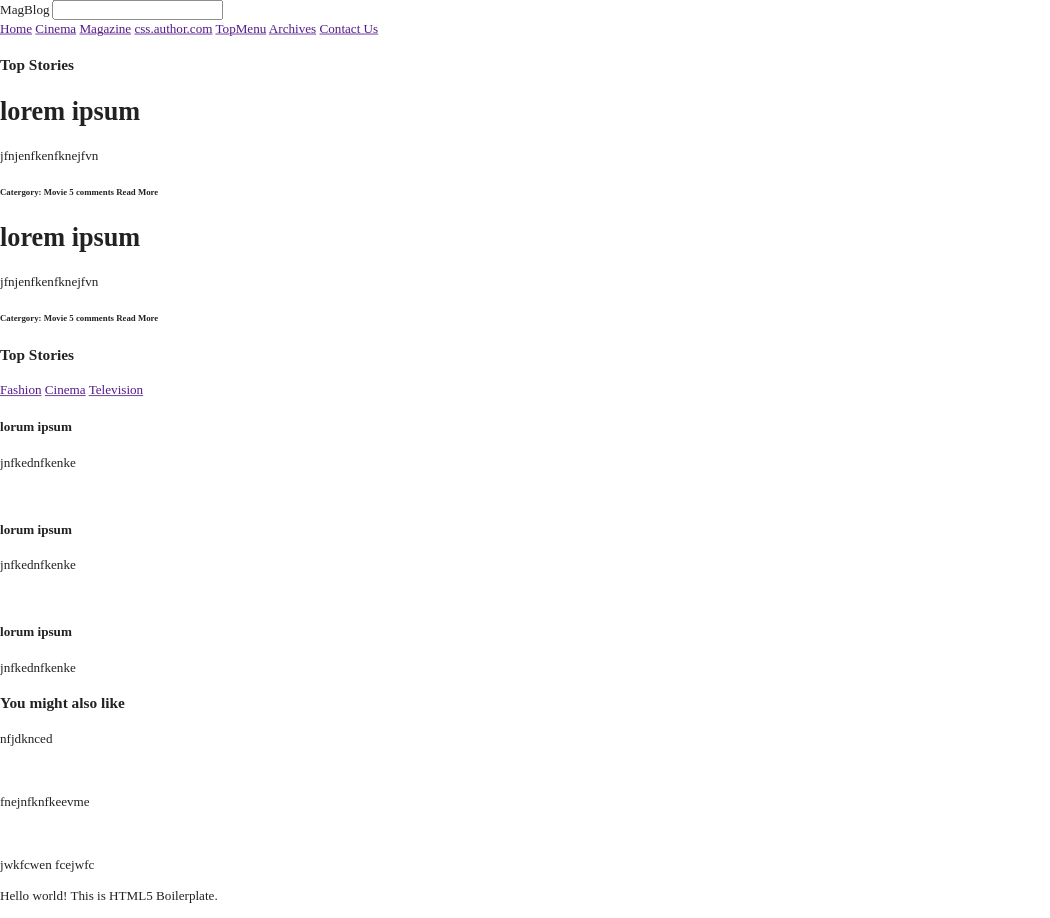
Repository: bguemos/project1lab3
Page: index.html
An editor plug-in stored every save of this project. The page is shown before and after the next save, followed by the edit.
The browser window is 1280 px wide. The pictures show the whole page, at 82% of full size.

Above is the page before, as saved 2023-01-17 21:39:18.

### index.html
<!doctype html>
<html class="no-js" lang="en">

<head>
  <meta charset="utf-8">
  <title> My bodacious blog</title>
  <meta name="description" content="A lab exercise">
  <meta name="viewport" content="width=device-width, initial-scale=1">

  <meta property="og:title" content="">
  <meta property="og:type" content="">
  <meta property="og:url" content="">
  <meta property="og:image" content="">

  <link rel="manifest" href="site.webmanifest">
  <link rel="apple-touch-icon" href="icon.png">
  <!-- Place favicon.ico in the root directory -->

  <link rel="stylesheet" href="css/normalize.css">
  <link rel="stylesheet" href="css/main.css">

  <meta name="theme-color" content="#fafafa">
</head>

<body>
  <div class="magazineheader">
    <hi>MagBlog</hi>
  <input class="headersearchbar">
  <div class="socialmedialinks"></div>
</div>
<div class="navigationlinks">
  <a href> Home</a>
  <a href> Cinema</a>
  <a href> Magazine</a>
  <a href> css.author.com</a>
  <a href>TopMenu</a>
  <a href> Archives</a>
  <a href> Contact Us</a>

</div>
  <div class="maincontent">
    <div class="topstories">
      <h3>Top Stories</h3>

    </div>
    <div class="avatar">
      <h1> lorem ipsum</h1>
      <p>jfnjenfkenfknejfvn</p>
      <h6> Catergory: Movie  5 comments Read More</h6>
    </div>
    <div class="avatar2">
      <h1> lorem ipsum</h1>
      <p>jfnjenfkenfknejfvn</p>
      <h6> Catergory: Movie  5 comments Read More</h6>

    </div>
    <div class="topstorysidebar">
      <h3>Top Stories</h3>
      <a href>Fashion</a>
      <a href>Cinema</a>
      <a href>Television</a>
      <h4>lorum ipsum</h4>
      <p>jnfkednfkenke</p>
      <br>
      <h4>lorum ipsum</h4>
      <p>jnfkednfkenke</p>
      <br>
      <h4>lorum ipsum</h4>
      <p>jnfkednfkenke</p>

      <h3>You might also like</h3>
      <p>nfjdknced</p>
      <br>
      <p>fnejnfknfkeevme</p>
      <br>
      <p>jwkfcwen fcejwfc</p>

    </div>
 </div>
 <div class="aftermaincontent">
  <div class="informationlinks"></div>



 </div>
 <div class="magazinefooter">

 </div>

  <!-- Add your site or application content here -->
  <p>Hello world! This is HTML5 Boilerplate.</p>
  <script src="js/vendor/modernizr-3.11.2.min.js"></script>
  <script src="js/plugins.js"></script>
  <script src="js/main.js"></script>

  <!-- Google Analytics: change UA-XXXXX-Y to be your site's ID. -->
  <script>
    window.ga = function () { ga.q.push(arguments) }; ga.q = []; ga.l = +new Date;
    ga('create', 'UA-XXXXX-Y', 'auto'); ga('set', 'anonymizeIp', true); ga('set', 'transport', 'beacon'); ga('send', 'pageview')
  </script>
  <script src="https://www.google-analytics.com/analytics.js" async></script>
</body>

</html>

### css/main.css
/*! HTML5 Boilerplate v8.0.0 | MIT License | https://html5boilerplate.com/ */

/* main.css 2.1.0 | MIT License | https://github.com/h5bp/main.css#readme */
/*
 * What follows is the result of much research on cross-browser styling.
 * Credit left inline and big thanks to Nicolas Gallagher, Jonathan Neal,
 * Kroc Camen, and the H5BP dev community and team.
 */

/* ==========================================================================
   Base styles: opinionated defaults
   ========================================================================== */

html {
  color: #222;
  font-size: 1em;
  line-height: 1.4;
}

/*
 * Remove text-shadow in selection highlight:
 * https://twitter.com/miketaylr/status/12228805301
 *
 * Vendor-prefixed and regular ::selection selectors cannot be combined:
 * https://stackoverflow.com/a/16982510/7133471
 *
 * Customize the background color to match your design.
 */

::-moz-selection {
  background: #b3d4fc;
  text-shadow: none;
}

::selection {
  background: #b3d4fc;
  text-shadow: none;
}

/*
 * A better looking default horizontal rule
 */

hr {
  display: block;
  height: 1px;
  border: 0;
  border-top: 1px solid #ccc;
  margin: 1em 0;
  padding: 0;
}

/*
 * Remove the gap between audio, canvas, iframes,
 * images, videos and the bottom of their containers:
 * https://github.com/h5bp/html5-boilerplate/issues/440
 */

audio,
canvas,
iframe,
img,
svg,
video {
  vertical-align: middle;
}

/*
 * Remove default fieldset styles.
 */

fieldset {
  border: 0;
  margin: 0;
  padding: 0;
}

/*
 * Allow only vertical resizing of textareas.
 */

textarea {
  resize: vertical;
}

/* ==========================================================================
   Author's custom styles
   ========================================================================== */

/* ==========================================================================
   Helper classes
   ========================================================================== */

/*
 * Hide visually and from screen readers
 */

.hidden,
[hidden] {
  display: none !important;
}

/*
 * Hide only visually, but have it available for screen readers:
 * https://snook.ca/archives/html_and_css/hiding-content-for-accessibility
 *
 * 1. For long content, line feeds are not interpreted as spaces and small width
 *    causes content to wrap 1 word per line:
 *    https://medium.com/@jessebeach/beware-smushed-off-screen-accessible-text-5952a4c2cbfe
 */

.sr-only {
  border: 0;
  clip: rect(0, 0, 0, 0);
  height: 1px;
  margin: -1px;
  overflow: hidden;
  padding: 0;
  position: absolute;
  white-space: nowrap;
  width: 1px;
  /* 1 */
}

/*
 * Extends the .sr-only class to allow the element
 * to be focusable when navigated to via the keyboard:
 * https://www.drupal.org/node/897638
 */

.sr-only.focusable:active,
.sr-only.focusable:focus {
  clip: auto;
  height: auto;
  margin: 0;
  overflow: visible;
  position: static;
  white-space: inherit;
  width: auto;
}

/*
 * Hide visually and from screen readers, but maintain layout
 */

.invisible {
  visibility: hidden;
}

/*
 * Clearfix: contain floats
 *
 * For modern browsers
 * 1. The space content is one way to avoid an Opera bug when the
 *    `contenteditable` attribute is included anywhere else in the document.
 *    Otherwise it causes space to appear at the top and bottom of elements
 *    that receive the `clearfix` class.
 * 2. The use of `table` rather than `block` is only necessary if using
 *    `:before` to contain the top-margins of child elements.
 */

.clearfix::before,
.clearfix::after {
  content: " ";
  display: table;
}

.clearfix::after {
  clear: both;
}

/* ==========================================================================
   EXAMPLE Media Queries for Responsive Design.
   These examples override the primary ('mobile first') styles.
   Modify as content requires.
   ========================================================================== */

@media only screen and (min-width: 35em) {
  /* Style adjustments for viewports that meet the condition */
}

@media print,
  (-webkit-min-device-pixel-ratio: 1.25),
  (min-resolution: 1.25dppx),
  (min-resolution: 120dpi) {
  /* Style adjustments for high resolution devices */
}

/* ==========================================================================
   Print styles.
   Inlined to avoid the additional HTTP request:
   https://www.phpied.com/delay-loading-your-print-css/
   ========================================================================== */

@media print {
  *,
  *::before,
  *::after {
    background: #fff !important;
    color: #000 !important;
    /* Black prints faster */
    box-shadow: none !important;
    text-shadow: none !important;
  }

  a,
  a:visited {
    text-decoration: underline;
  }

  a[href]::after {
    content: " (" attr(href) ")";
  }

  abbr[title]::after {
    content: " (" attr(title) ")";
  }

  /*
   * Don't show links that are fragment identifiers,
   * or use the `javascript:` pseudo protocol
   */
  a[href^="#"]::after,
  a[href^="javascript:"]::after {
    content: "";
  }

  pre {
    white-space: pre-wrap !important;
  }

  pre,
  blockquote {
    border: 1px solid #999;
    page-break-inside: avoid;
  }

  /*
   * Printing Tables:
   * https://web.archive.org/web/20180815150934/http://css-discuss.incutio.com/wiki/Printing_Tables
   */
  thead {
    display: table-header-group;
  }

  tr,
  img {
    page-break-inside: avoid;
  }

  p,
  h2,
  h3 {
    orphans: 3;
    widows: 3;
  }

  h2,
  h3 {
    page-break-after: avoid;
  }
}

### js/plugins.js
// Avoid `console` errors in browsers that lack a console.
(function() {
  var method;
  var noop = function () {};
  var methods = [
    'assert', 'clear', 'count', 'debug', 'dir', 'dirxml', 'error',
    'exception', 'group', 'groupCollapsed', 'groupEnd', 'info', 'log',
    'markTimeline', 'profile', 'profileEnd', 'table', 'time', 'timeEnd',
    'timeline', 'timelineEnd', 'timeStamp', 'trace', 'warn'
  ];
  var length = methods.length;
  var console = (window.console = window.console || {});

  while (length--) {
    method = methods[length];

    // Only stub undefined methods.
    if (!console[method]) {
      console[method] = noop;
    }
  }
}());

// Place any jQuery/helper plugins in here.

Loaded but not shown: css/normalize.css (library); js/vendor/modernizr-3.11.2.min.js (library); js/main.js (no stored copy; drawn as an empty file)

After the next save:
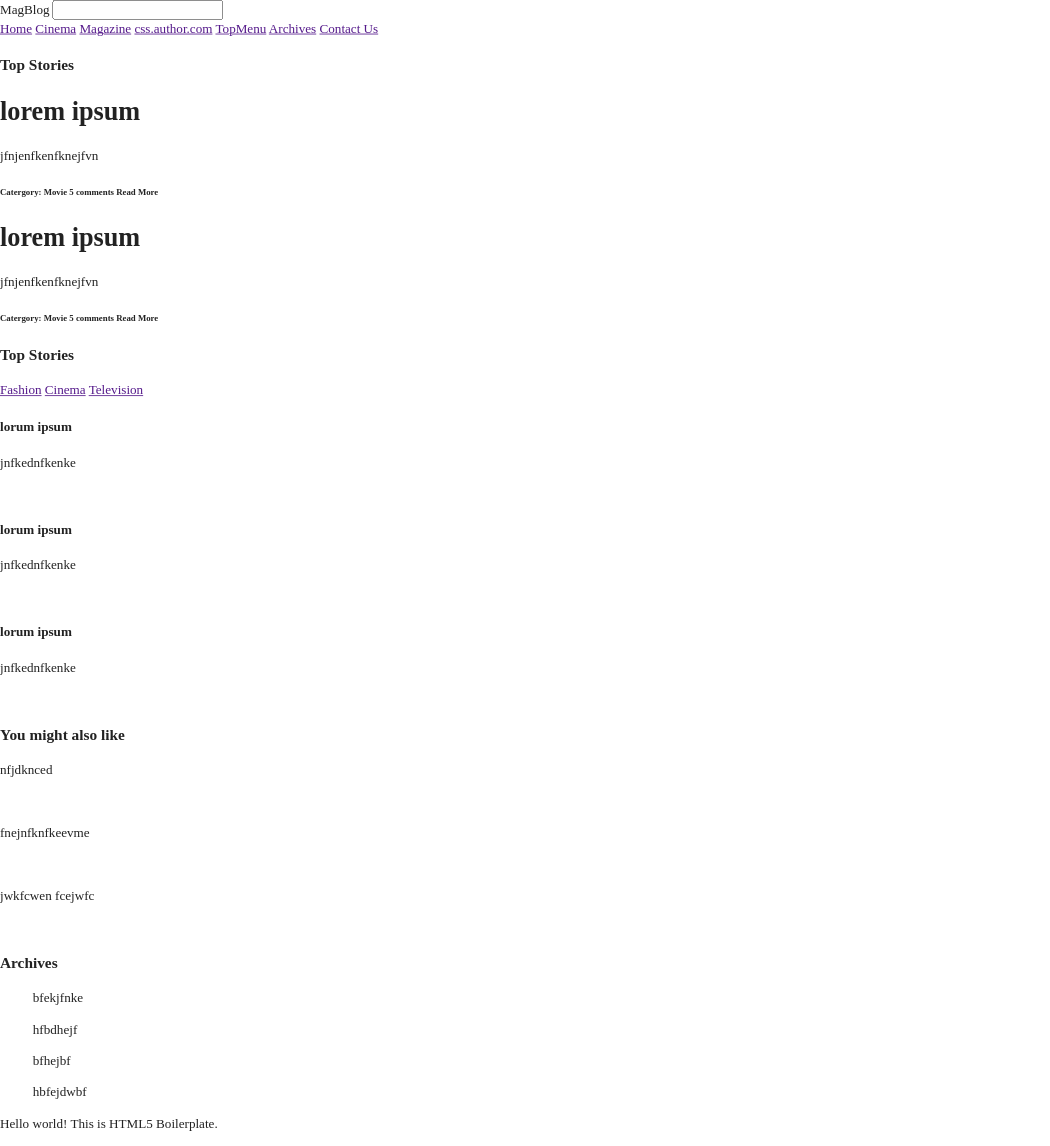
Saved 43 s later.
--- a/index.html
+++ b/index.html
@@ -68,12 +68,20 @@
       <h4>lorum ipsum</h4>
       <p>jnfkednfkenke</p>
 
+       <br>
       <h3>You might also like</h3>
       <p>nfjdknced</p>
       <br>
       <p>fnejnfknfkeevme</p>
       <br>
       <p>jwkfcwen fcejwfc</p>
+      <br>
+      <h3>Archives</h3>
+      <ul>bfekjfnke</ul>
+      <ul>hfbdhejf</ul>
+      <ul>bfhejbf</ul>
+      <ul>hbfejdwbf</ul>
+
 
     </div>
  </div>
